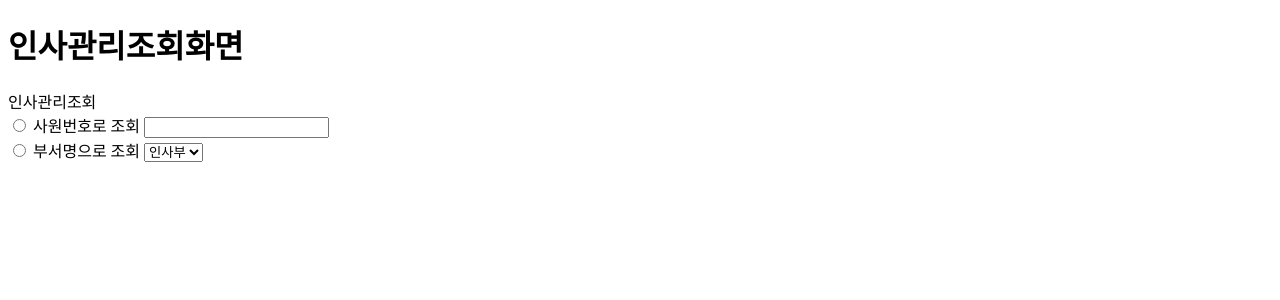
Repository: Namyunha/Oracle-Study
Page: http://localhost/test1_practice/findMember.jsp
The author's editor kept a copy of each file at every save. The page is drawn from the files as they stood at one save, then again after the next save.
The browser window is 1280 px wide. The pictures show the whole page.
The page is served by Tomcat 9.

Above is the page before, as saved 2023-08-04 04:11:36.

### test1_practice/src/main/webapp/findMember.jsp
<%@ page language="java" contentType="text/html; charset=UTF-8"
    pageEncoding="UTF-8"%>
<!DOCTYPE html>
<html>
<head>
<meta charset="UTF-8">
<title>Insert title here</title>
</head>
<body>
	<h1>인사관리조회화면</h1>
	<form>
		<label>인사관리조회</label><br>
		<input name="member" value="id" type="radio"> 사원번호로 조회 <input type="text"><br>
		<input name="member" value="dept" type="radio"> 부서명으로 조회
		<select name="dept">
			<option value="인사부">인사부</option>
			<option value="기획부">기획부</option>
			<option value="홍보부">홍보부</option>
			<option value="영업부">영업부</option>
			<option value="경리부">경리부</option>
		</select>
	</form>
</body>
</html>

After the next save:
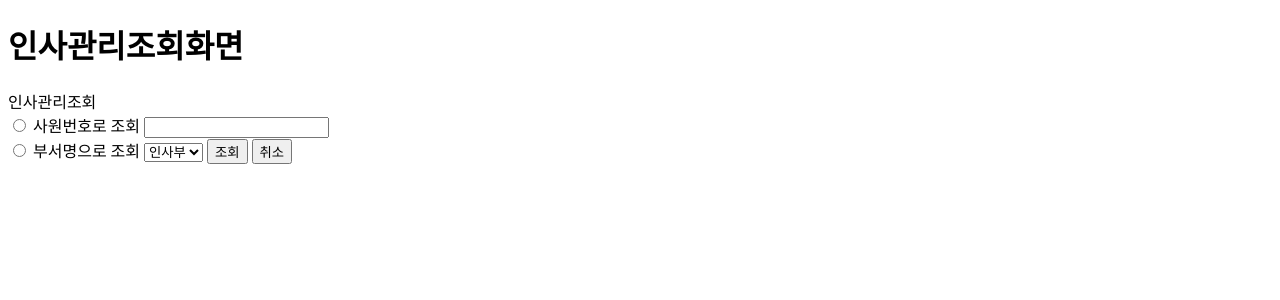
Saved 2 min 27 s later.
--- a/test1_practice/src/main/webapp/findMember.jsp
+++ b/test1_practice/src/main/webapp/findMember.jsp
@@ -19,6 +19,7 @@
 			<option value="영업부">영업부</option>
 			<option value="경리부">경리부</option>
 		</select>
+		<input type="button" value="조회"> <input type="button" value="취소">
 	</form>
 </body>
 </html>
